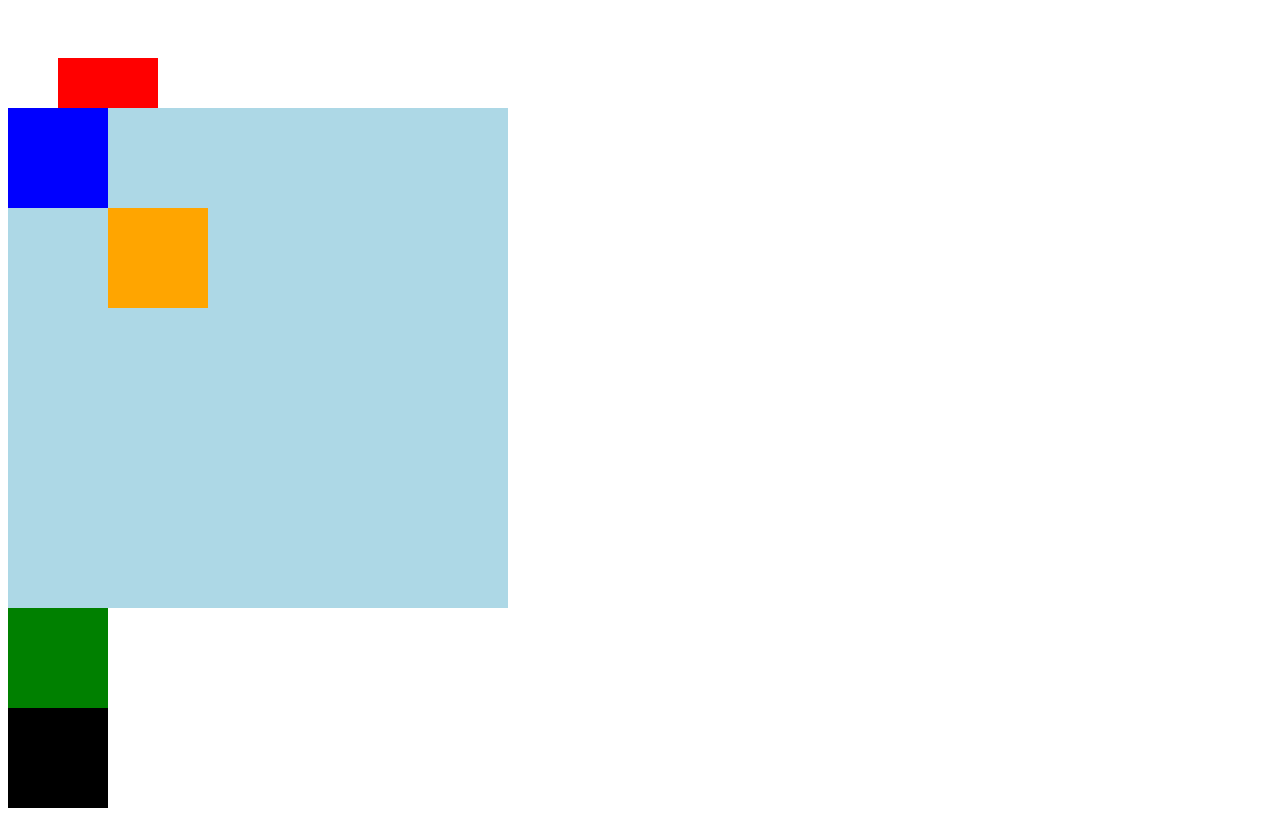
Repository: andiausrust/css-traversy
Page: positioning/index.html
An editor plug-in stored every save of this project. The page is shown before and after the next save, followed by the edit.
The browser window is 1280 px wide. The pictures show the whole page.

Above is the page before, as saved 2020-08-21 08:01:45.

### positioning/index.html
<!DOCTYPE html>
<html lang="en">
    <head>
        <meta charset="UTF-8" />
        <meta name="viewport" content="width=device-width, initial-scale=1.0" />
        <link rel="stylesheet" href="./css/style.css" />
        <title>Positioning</title>
    </head>
    <body>
        <div id="box-1" class="box"></div>
        <div class="container">
            <div id="box-2" class="box"></div>
            <div id="box-3" class="box"></div>
        </div>
        <div id="box-4" class="box"></div>
        <div id="box-5" class="box"></div>
    </body>
</html>

### positioning/css/style.css
.box {
    width: 100px;
    height: 100px;
}

#box-1 {
    position: relative;
    top: 50px;
    left: 50px;
    background: red;
}

.container {
    width: 500px;
    height: 500px;
    position: relative;
    background-color: lightblue;
}

#box-2 {
    position: absolute;
    top: 100px;
    left: 100px;
    background: orange;
}

#box-3 {
    background: blue;
}

#box-4 {
    background: green;
}

#box-5 {
    background: black;
}

After the next save:
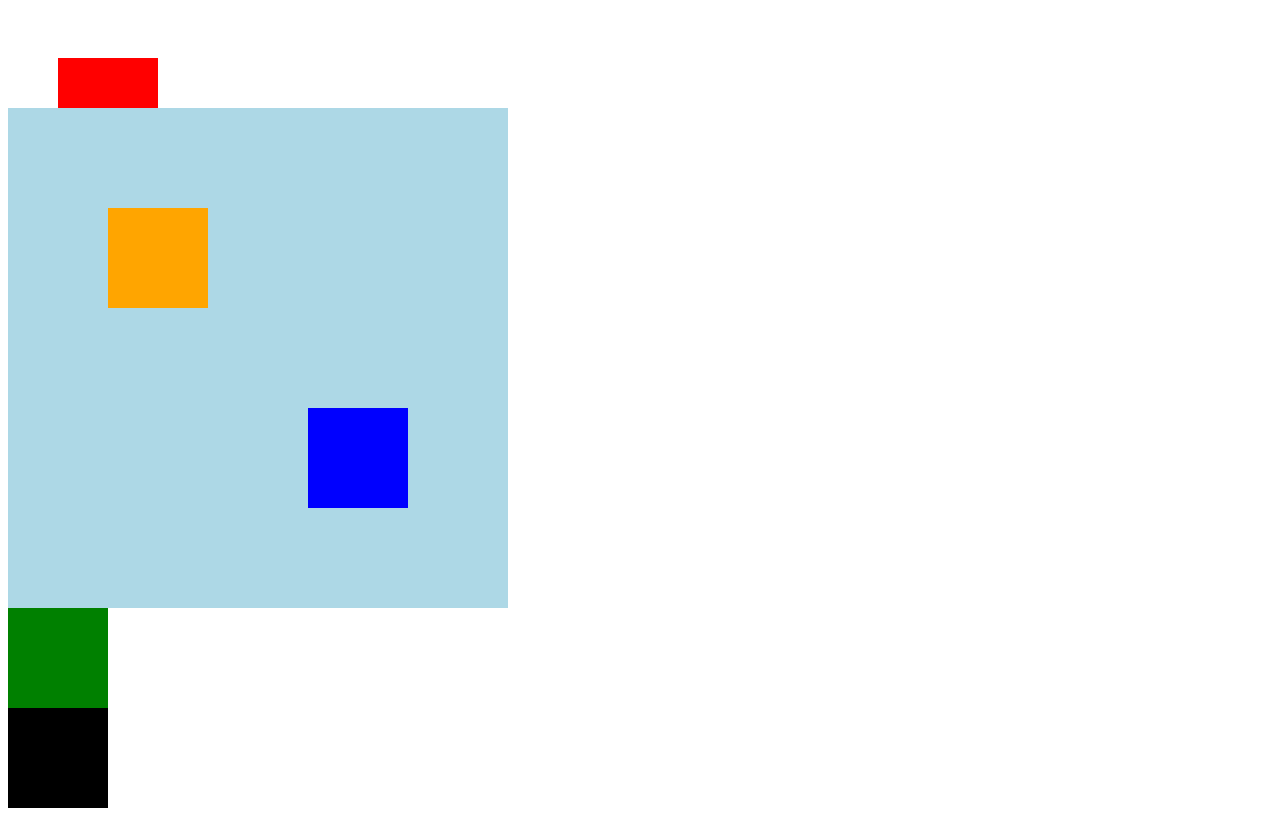
Saved 54 s later.
--- a/positioning/css/style.css
+++ b/positioning/css/style.css
@@ -11,9 +11,9 @@
 }
 
 .container {
+    position: relative;
     width: 500px;
     height: 500px;
-    position: relative;
     background-color: lightblue;
 }
 
@@ -25,6 +25,9 @@
 }
 
 #box-3 {
+    position: absolute;
+    bottom: 100px;
+    right: 100px;
     background: blue;
 }
 
